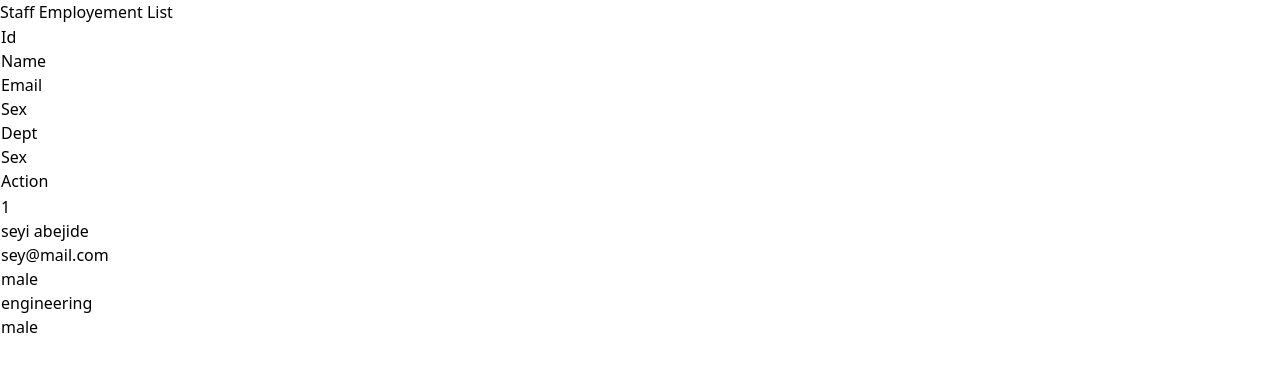
Repository: Semanmernstack/crud
Page: /
An editor plug-in stored every save of this project. The page is shown before and after the next save, followed by the edit.
The browser window is 1280 px wide. The pictures show the whole page.
The project was rebuilt for these pictures with package versions that can differ from the ones it lists, and the page was loaded fresh each time. Also part of the build but not shown: src/Details.js, src/Create.js, src/Edit.js.

Above is the page before, as saved 2022-12-23 02:29:06.

### src/App.js
import List from "./List";
import {
  BrowserRouter,
  Routes,
  Route,

} from "react-router-dom";
import Details from "./Details";
import Create from "./Create";
import Edit from "./Edit";



function App() {
  return (
    <div className="">
      <BrowserRouter>

      <Routes>
        <Route path="/" element={<List/>}> </Route>
        <Route path="/employee/create" element={<Create/>}> </Route>
        <Route path="/employee/details/:empid" element={<Details/>}> </Route>
        <Route path="/employee/edit/:empid" element={<Edit/>}> </Route>
      </Routes>
      </BrowserRouter>

    </div>
  );
}

export default App;

### src/List.js
import React from 'react'

function List() {
  return (
    <div>
        <div>
            <p>Staff Employement List</p>
        </div>
        <div className='flex flex-col'>
            <td>
                <tr>Id</tr>
                <tr>Name</tr>
                <tr>Email</tr>
                <tr>Sex</tr>
                <tr>Dept</tr>
                <tr>Sex</tr>
                <tr>Action</tr>
            </td>


            <td>
                <tr>1</tr>
                <tr>seyi abejide</tr>
                <tr>sey@mail.com</tr>
                <tr>male</tr>
                <tr>engineering</tr>
                <tr>male</tr>
            </td>
        </div>

    </div>
  )
}

export default List

Loaded but not shown: public/index.html (common file); src/index.js (common file); src/index.css (common file); src/reportWebVitals.js (common file); tailwind.config.js (common file)

After the next save:
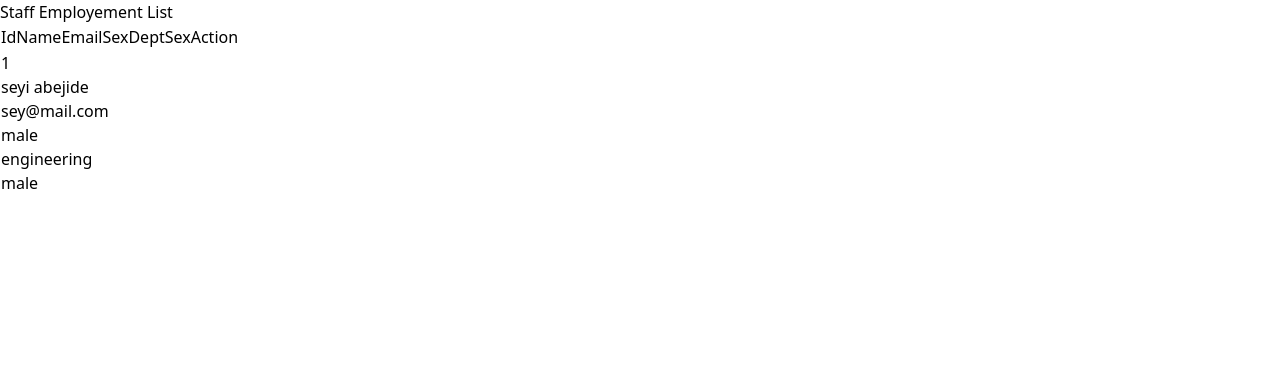
Saved 24 s later.
--- a/src/List.js
+++ b/src/List.js
@@ -7,7 +7,7 @@ function List() {
             <p>Staff Employement List</p>
         </div>
         <div className='flex flex-col'>
-            <td>
+            <td className="flex">
                 <tr>Id</tr>
                 <tr>Name</tr>
                 <tr>Email</tr>
